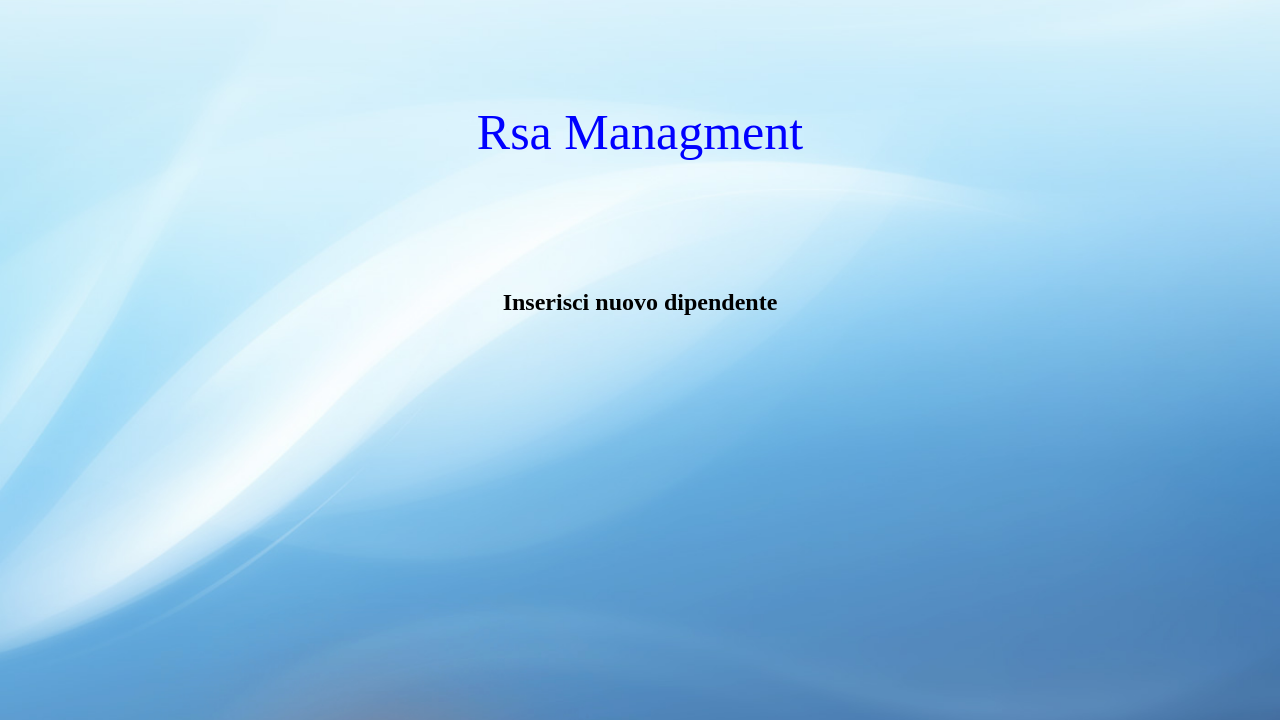
Repository: simone8484/RsaM
Page: http://localhost/RsaM/gestioneDipendenti.jsp
The author's editor kept a copy of each file at every save. The page is drawn from the files as they stood at one save, then again after the next save.
The browser window is 1280 px wide. The pictures show the whole page.
The page is served by Tomcat 9.

Above is the page before, as saved 2017-05-28 15:06:14.

After the next save:
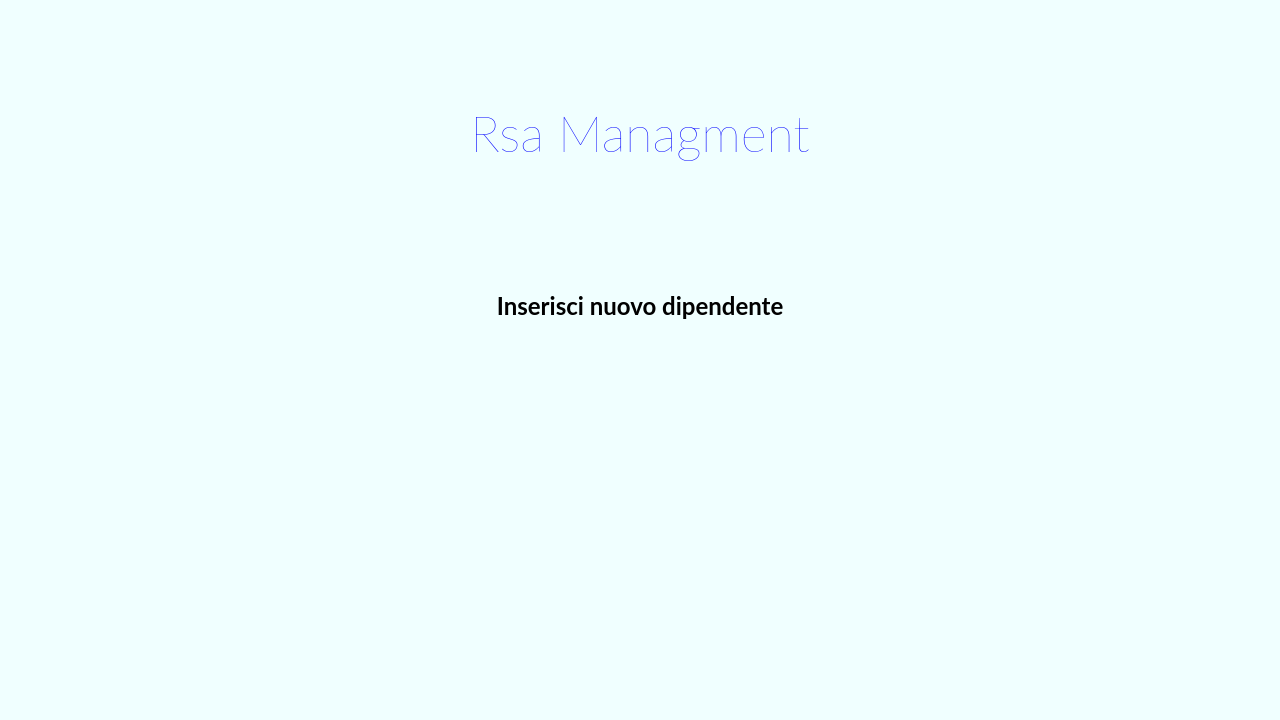
Saved 12 s later.
--- a/RsaM/WebContent/gestioneDipendenti.jsp
+++ b/RsaM/WebContent/gestioneDipendenti.jsp
@@ -8,7 +8,6 @@
 <head>
 <meta http-equiv="Content-Type" content="text/html; charset=ISO-8859-1">
 <link href='css/style.css' rel='stylesheet' type='text/css'>
-<link href='css/login.css' rel='stylesheet' type='text/css'>
 <title>Insert title here</title>
 </head>
 <body>
